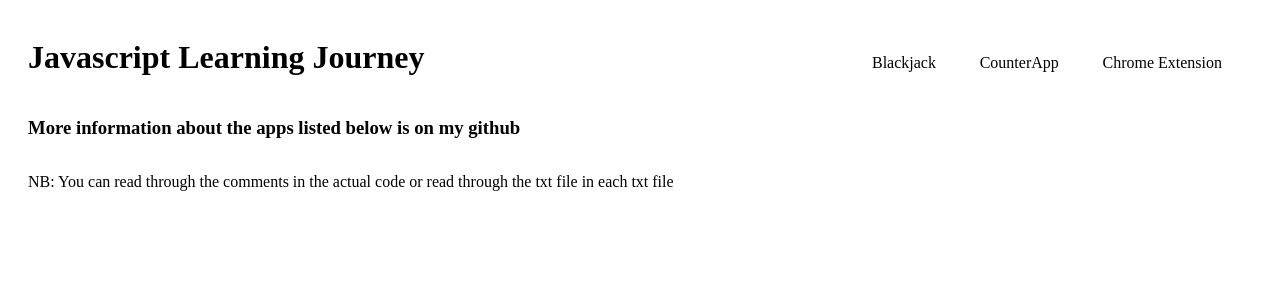
Repository: Siphamandla201/Javascript-Journey
Page: index.html
The author's editor kept a copy of each file at every save. The page is drawn from the files as they stood at one save, then again after a run of saves.
The browser window is 1280 px wide. The pictures show the whole page.

Above is the page before, as saved 2023-07-27 16:25:17.

### index.html
<!DOCTYPE html>
<html lang="en">
<head>
    <meta charset="UTF-8">
    <meta name="viewport" content="width=device-width, initial-scale=1.0">
    <link rel="stylesheet" href="style.css">
    <title>Document</title>
</head>
<body>
    <div>
        <h1>
            Javascript Learning Journey
        </h1>
        <ul class="game-links">
            <li><a href="./Blackjack/Blackjack.html">Blackjack</a></li>
            <li><a href="./CounterApp/Counter.html">CounterApp</a></li>
            <li><a href="./Extension/Index.html">Chrome Extension</a></li>
        </ul>
    </div>
    <h3>
        More information about the apps listed below is on my github
    </h3>
    <p>NB: You can read through the comments in the actual code or read through the txt file in each txt file</p>
</body>
</html>

### style.css
body {
    display: flex;
    flex-direction: column;
    padding: 20px;
    padding-top: 10px;
    padding-right: 50px;
}

div {
    display: flex;
    justify-content: space-between;
}

.game-links {
    display: flex;
    list-style: none;
    justify-content: space-between;
    padding: 0%;
    padding-top: 20px;
    width: 350px;
}

li > a {
    text-decoration: none;
    color: black;
}


li > a:hover {
    text-decoration: none;
    color: rgb(22, 76, 24);
}

After the next 3 saves:
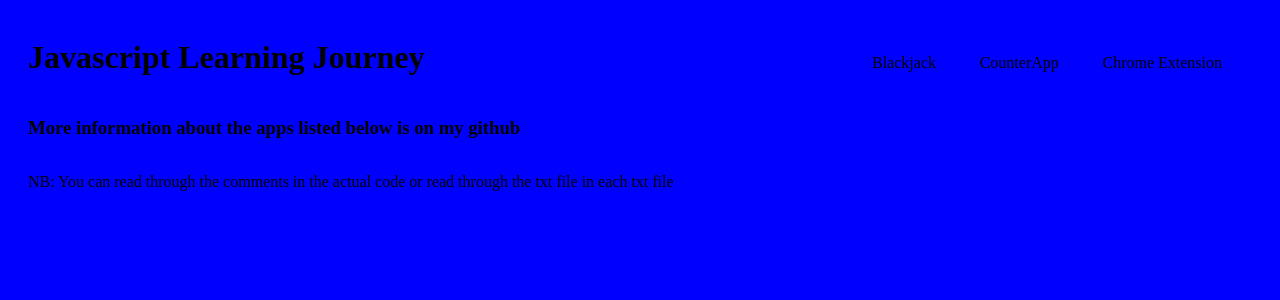
The 3 saves are shown as one change because they came seconds apart.
The last was saved 20 s later.
--- a/style.css
+++ b/style.css
@@ -4,6 +4,7 @@ body {
     padding: 20px;
     padding-top: 10px;
     padding-right: 50px;
+    background: blue;
 }
 
 div {
